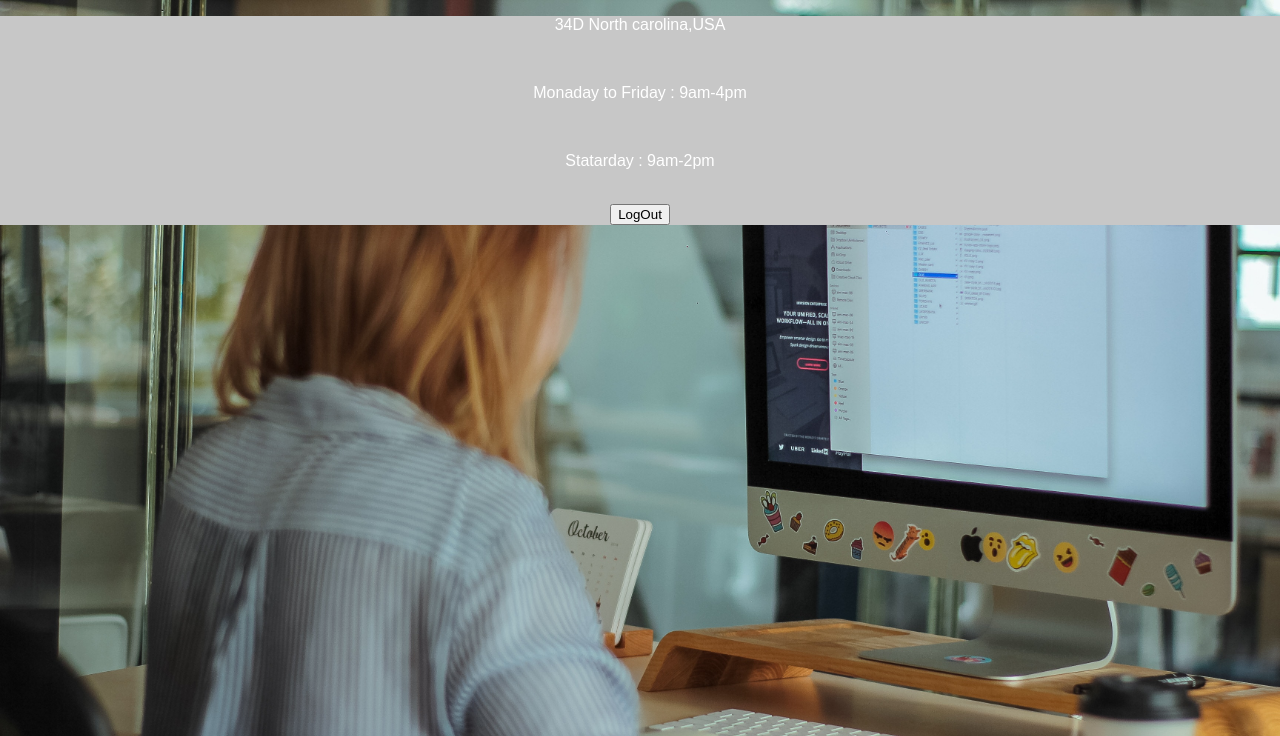
Repository: MyselfAman/Login_Page_Servlet
Page: http://localhost/Login_Page/About_Us.jsp
These files come from the project's save history. The page is drawn as it stood at one moment and after the next save; the edit follows.
The browser window is 1280 px wide. The pictures show the whole page.
The page is served by Tomcat 9. The session is filled in as if someone had signed in: {"name": "Test User"}.

Above is the page before, as saved 2019-08-08 06:08:22.

After the next save:
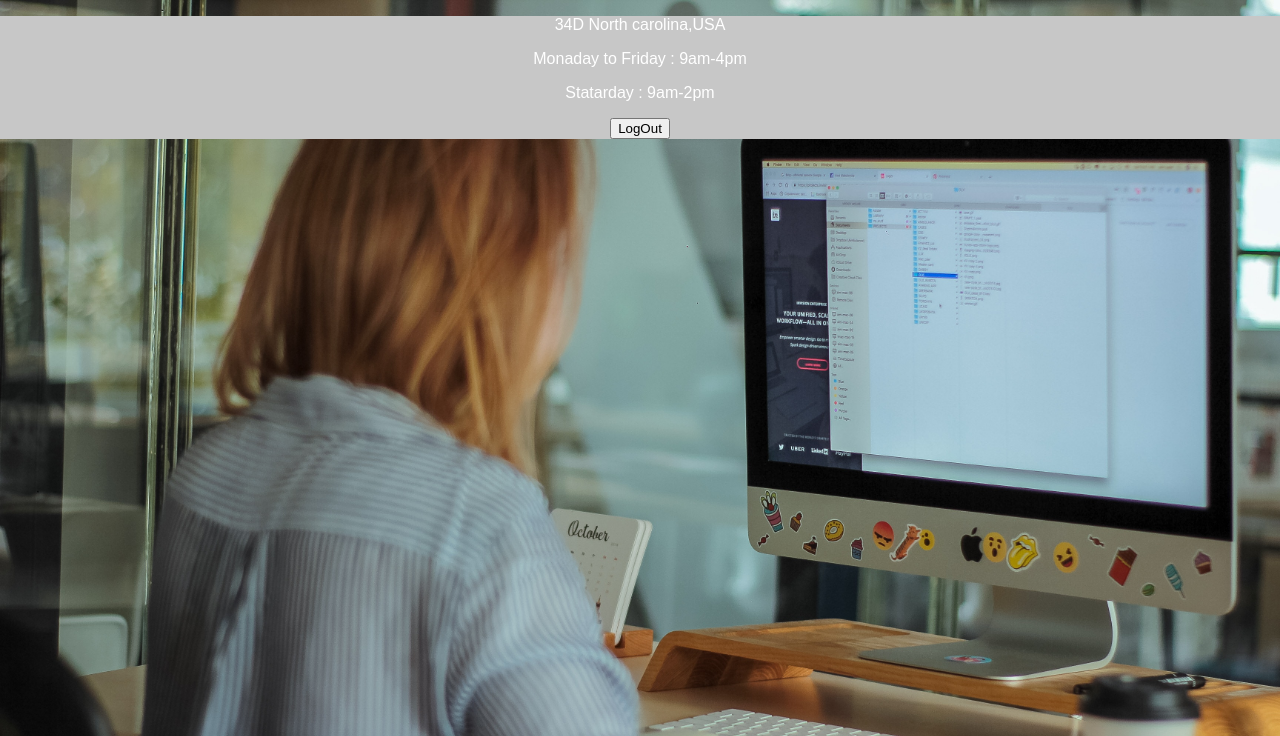
Saved 29 s later.
--- a/Login_Page/WebContent/About_Us.jsp
+++ b/Login_Page/WebContent/About_Us.jsp
@@ -15,9 +15,9 @@
 	}
 %>
 <div>
-	<p>34D North carolina,USA</p><br>
-	<p>Monaday to Friday : 9am-4pm</p><br>
-	<p>Statarday : 9am-2pm</p><br>
+	<p>34D North carolina,USA</p>
+	<p>Monaday to Friday : 9am-4pm</p>
+	<p>Statarday : 9am-2pm</p>
 
 	<form action="Logout">
 	<input type="submit" value="LogOut">
